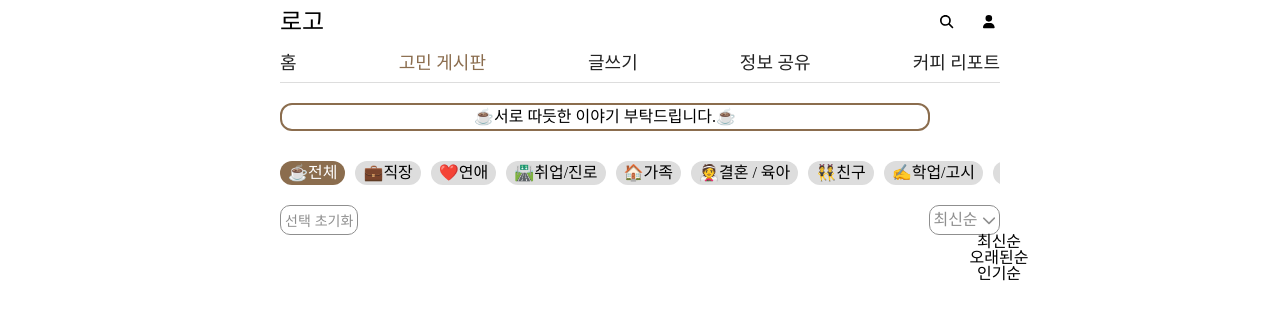
Repository: zlazlazla35/coffee
Page: /list
The author's editor kept a copy of each file at every save. The page is drawn from the files as they stood at one save, then again after the next save.
The browser window is 1280 px wide. The pictures show the whole page.
Some web fonts or font styles are not loaded; a fallback is used. The project was rebuilt for these pictures with package versions that can differ from the ones it lists, and the page was loaded fresh each time. The framework's server and built-in components were replaced by stand-ins that run in the browser. Also part of the build but not shown: next.config.mjs.

Above is the page before, as saved 2024-12-26 18:32:00.

After the next save:
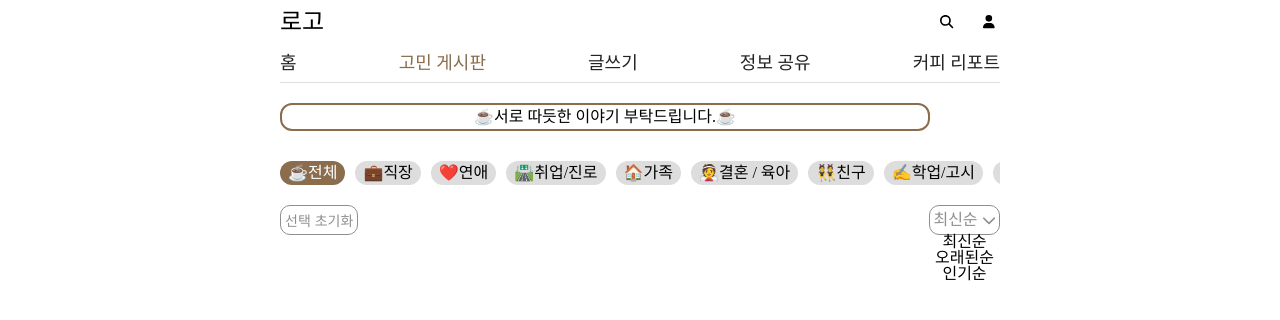
Saved 8 s later.
--- a/src/app/globals.css
+++ b/src/app/globals.css
@@ -80,7 +80,7 @@ a {text-decoration: none; color: inherit;}
 .liset_page .filterBox .filterSelectBox {display: flex; position: relative; border: 1px solid #8f8f8f; border-radius: 10px; width: 100%; max-width: 69px; height: 28px; align-items: center; justify-content: center; margin: 20px 0;}
 .liset_page .filterBox .filterSelectBox .title {font-size: 16px; color: #8f8f8f;}
 .liset_page .filterBox .filterSelectBox .title svg {font-size: 14px; margin-left: 4px;}
-.liset_page .filterBox .filterSelectBox .filterSelect {position: absolute; left: 50%; top: 28px; width: 100%;}
+.liset_page .filterBox .filterSelectBox .filterSelect {position: absolute; left: 50%; top: 28px; width: 100%; transform: translateX(-50%);}
 .liset_page .filterBox .filterSelectBox .filterSelect {width: 100%;}
 .liset_page .filterBox .filterSelectBox .filterSelect li {width: 100%; text-align: center;}
 
